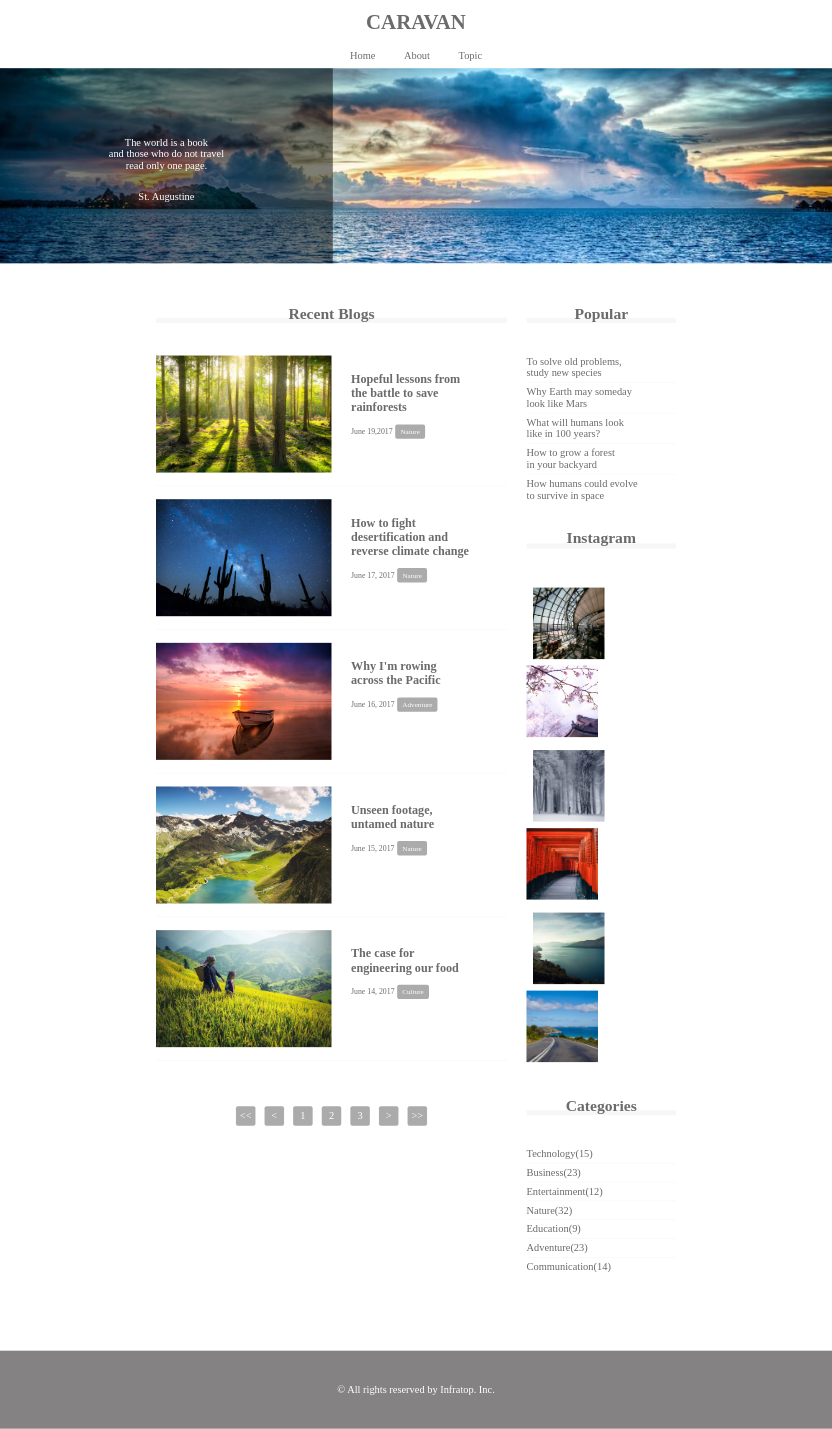
Repository: hira14t/git-practice
Page: caravan/index.html
The author's editor kept a record of every edit. The page is drawn from the files as they stood at one moment, then again after the next edit.
The browser window is 1280 px wide. The pictures show the whole page, at 65% of full size.
Some web libraries are served in a nearby version.

Above is the page before.

After the next edit:
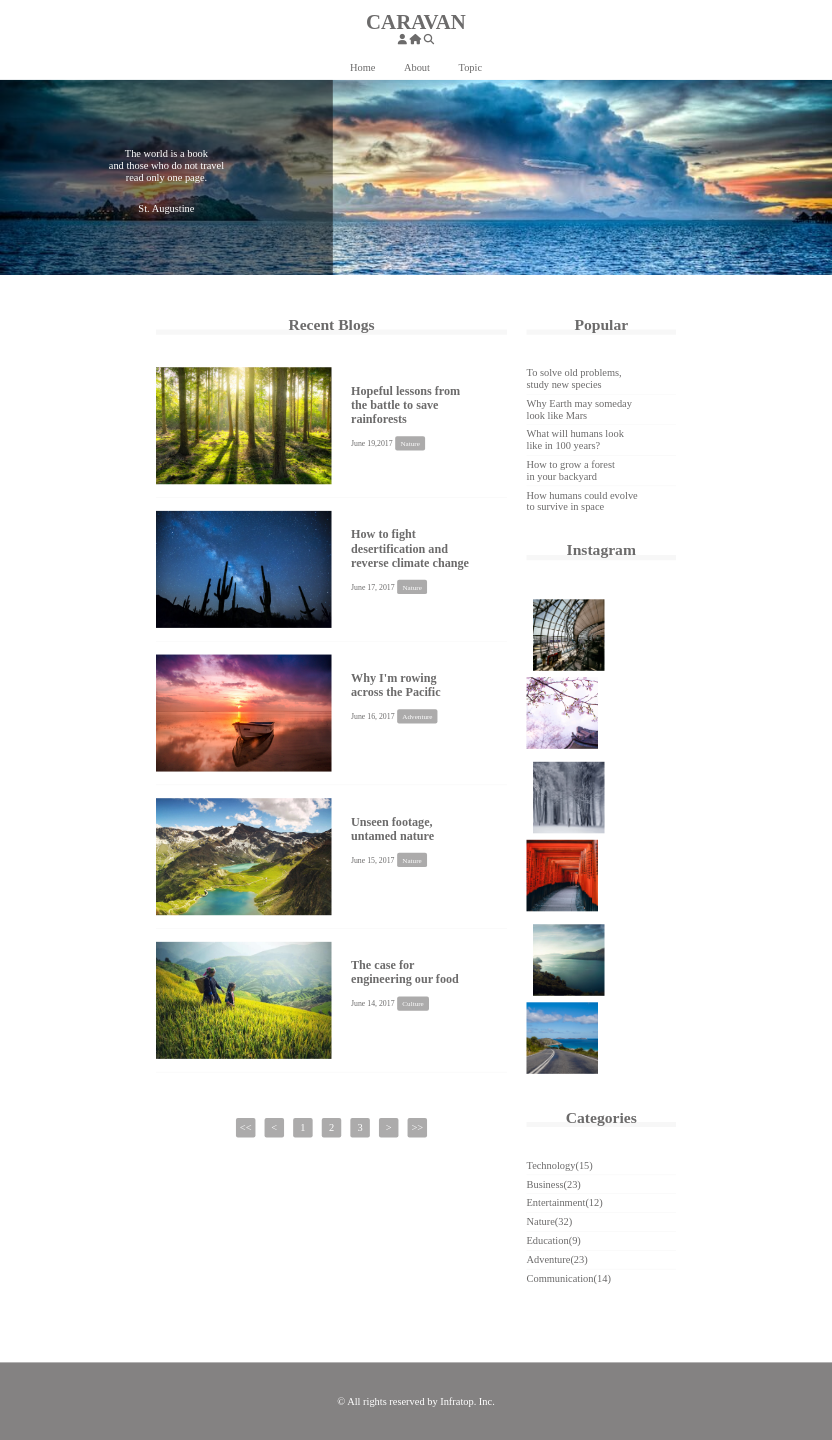
The edit:
--- a/caravan/index.html
+++ b/caravan/index.html
@@ -18,6 +18,9 @@
       </h1>
 
       <div class="social"></div>
+      <i class="fa-solid fa-user"></i>
+      <i class="fa-solid fa-house"></i>
+      <i class="fa-solid fa-magnifying-glass"></i>
     </header>
 
     <nav>
